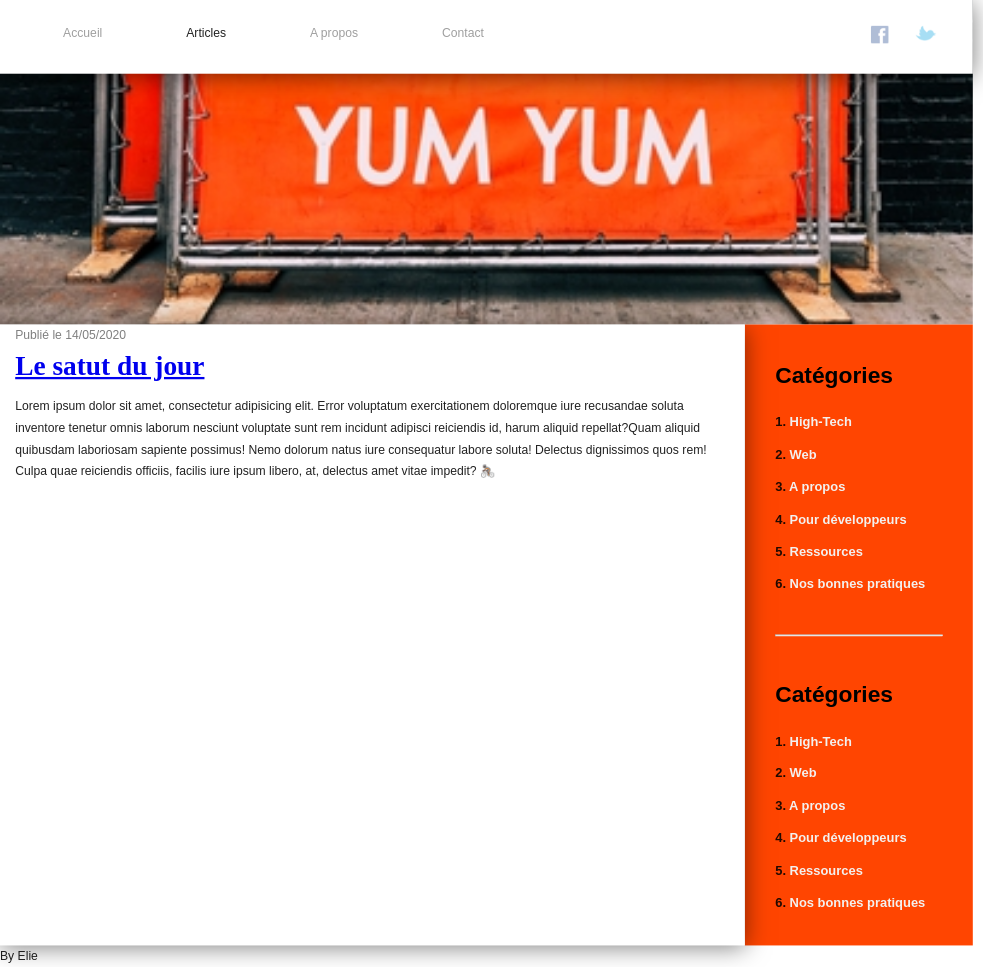
Repository: Elie-Dey/blog-train
Page: article.html
The author's editor kept a copy of each file at every save. The page is drawn from the files as they stood at one save, then again after the next save.
The browser window is 1280 px wide. The page is 1280 px wide, then 1293 px, so the pictures cover 1293 px, including what lies to the right of the window. The pictures show the whole page, at 76% of full size.

Above is the page before, as saved 2020-06-17 23:30:40.

### article.html
<!DOCTYPE html>
<html lang="en">
<head>
    <meta charset="UTF-8">
    <meta name="viewport" content="width=device-width, initial-scale=1.0">
    <link rel="stylesheet" href="style.css">
    <title>Mon blog</title>
</head>
<body>
    <header class="topbar">
        <nav>
            <a href="index.html">Accueil</a>
            <a href="articles.html" class="active"> Articles</a>
            <a href="about.html">A propos</a>
            <a href="apropos.html">Contact</a>
        </nav>
        <div class="social">
            <a href="#"> <img src="images/fb.png" alt="Facebook"></a>
            <a href="#"> <img src="images/twitter.png" alt="Twitter"></a>
        </div>
    </header>
    <div class="banniere"></div>
   <div class="body">
    <main class="main">
        <div class="container">

              <div class="article-date">Publié le 14/05/2020</div>
              <h2 class="article-title">  <a href="#">    Le satut du jour</a>  </h2>
              <p>
                  Lorem ipsum dolor sit amet, consectetur adipisicing elit. Error voluptatum exercitationem doloremque iure recusandae soluta inventore tenetur omnis laborum nesciunt voluptate sunt rem incidunt adipisci reiciendis id, harum aliquid repellat?Quam aliquid quibusdam laboriosam sapiente possimus! Nemo dolorum natus iure consequatur labore soluta!
                  Delectus dignissimos quos rem! Culpa quae reiciendis officiis, facilis iure ipsum libero, at, delectus amet vitae impedit? &#128692;&#127999;
              </p>
          </article>


        </div>
     </main>

    <aside class="sidebar">
        <h4 class="sidebar-title">Catégories</h4>
        <ul>
            <li><a href="#">High-Tech</a></li>
            <li><a href="#">Web</a></li>
            <li><a href="#">A propos</a></li>
            <li><a href="#">Pour développeurs </a></li>
            <li><a href="#">Ressources</a></li>
            <li><a href="#">Nos bonnes pratiques</a></li>
        </ul>
        <hr>
        <h4 class="sidebar-title">Catégories</h4>
        <ul>
            <li><a href="#">High-Tech</a></li>
            <li><a href="#">Web</a></li>
            <li><a href="#">A propos</a></li>
            <li><a href="#">Pour développeurs</a></li>
            <li><a href="#">Ressources</a></li>
            <li><a href="#">Nos bonnes pratiques</a></li>
        </ul>


    </aside>
</div>
    <footer class="footer">
        By Elie
    </footer>
</body>
</html>

### style.css
/*
* Prefixed by https://autoprefixer.github.io
* PostCSS: v7.0.29,
* Autoprefixer: v9.7.6
* Browsers: last 4 version,ie > 8
*/

*{
    -webkit-box-sizing: border-box;
            box-sizing: border-box;
}
body, html
{
    margin: 0;
    font-size: 16px;
    font-family: 'Montserrat Alternates', sans-serif;
    color: rgba(0, 0, 0, .87);
    line-height: 1.8;

}
.topbar{

    position: fixed;
    top: 0;
    right: 0;
    left: 0;
    width: 100%;
    background-color: white;
    padding: 30px ;
    z-index: 3;
    font-family: 'Montserrat Alternates', sans-serif;
    font-weight: 700;
    -webkit-box-shadow: 0 4px 30px rgba(0, 0, 0, .5);
            box-shadow: 0 4px 30px rgba(0, 0, 0, .5);

}
.topbar nav{
    float: left;

}
.topbar nav a {
    color: #9f9f9f;
    text-decoration: none;
    font-weight: 500;
    padding: 0 53px;
}

.topbar nav a:hover , .topbar nav a.active{
    color:  rgba(0, 0, 0, .87);
}

 .social {
    float: right;
}

.social a
{
    padding: 0 12px;
    opacity: .4;
}
.social a:hover
{
    opacity: 1;
}

.banniere {
    height: 427px;
    background: no-repeat center center / cover url("images/banniere.jpg");
}
.body
{
    display: -webkit-box;
    display: -ms-flexbox;
    display: flex;
}
.main
{

    width: calc(100% - 300px);
    background: white;
    -webkit-box-shadow: 0 4px 30px rgba(0, 0, 0, .5);
            box-shadow: 0 4px 30px rgba(0, 0, 0, .5);
    position: relative;
    z-index: 2;


}
.sidebar
{

    background:rgb(255, 69, 1);
    width: 300px;
    padding: 40px;
    font-size: 17px;
    font-weight: 700;
    position: relative;
    z-index: 1;
}
.sidebar ul
{
    counter-reset: sidebarlist;
}

.sidebar li::before
{
    counter-increment: sidebarlist;
    content: counter(sidebarlist) ". ";
}
.sidebar li::after
{
    content:
    &#128073;&#127999;
}
.sidebar-title
{
    font-size: 30px;
    color: black;
    margin: 20px 0;
}
.sidebar a
{
    text-decoration: none;
    color: rgb(243, 241, 239);

}
.sidebar ul
{
    margin: 0;
    padding: 0;
    list-style: none;

}
.sidebar li
{
    padding: 6px 0;
}
.sidebar li:first-child
{
    padding-top: 0;
}

.sidebar li:last-child
{
    padding-bottom: 0;
}
.sidebar a:hover
{
    text-decoration: underline;
}

.sidebar hr
{
    border-color:none;
    background: white;
    height: 1px;
    margin: 50px 0;


}

.sidebar-title:first-child
{
    margin-top: 0;
}


.article
{
    position: relative;
    overflow: hidden;
    margin: 50px 0;
    padding-left: 225px;
    min-height: 225px;

}
.article p
{
    font-family: 'Montserrat Alternates', sans-serif;
    font-weight: 500;
}
.article p::first-letter
{
    font-size: 2em;
    font-weight: bold;
}
.container
{
    max-width: 940px;
    margin: 0 auto;
}
.article a
{
    color: inherit;
    text-decoration: none;
}
.article a:hover
{
    text-decoration: underline;
}
.article-img
{
    position: absolute;
    left: 0;
    top: 0;
    width: 200px;
    margin-right: 25px;
}
.article-title
 {
    font-size: 2.25rem;
    line-height: 1.2;
    font-family: "Cardo", serif;
    margin: 0 0 15px 0;
 }
.article-date
{
    font-weight: 300;
    color: rgba(0, 0, 0, .5);
    margin-bottom: 5px;
}
.article-img img
{
    width: 100%;
    height: auto;
}
.footer
{
    clear: both;
}

After the next save:
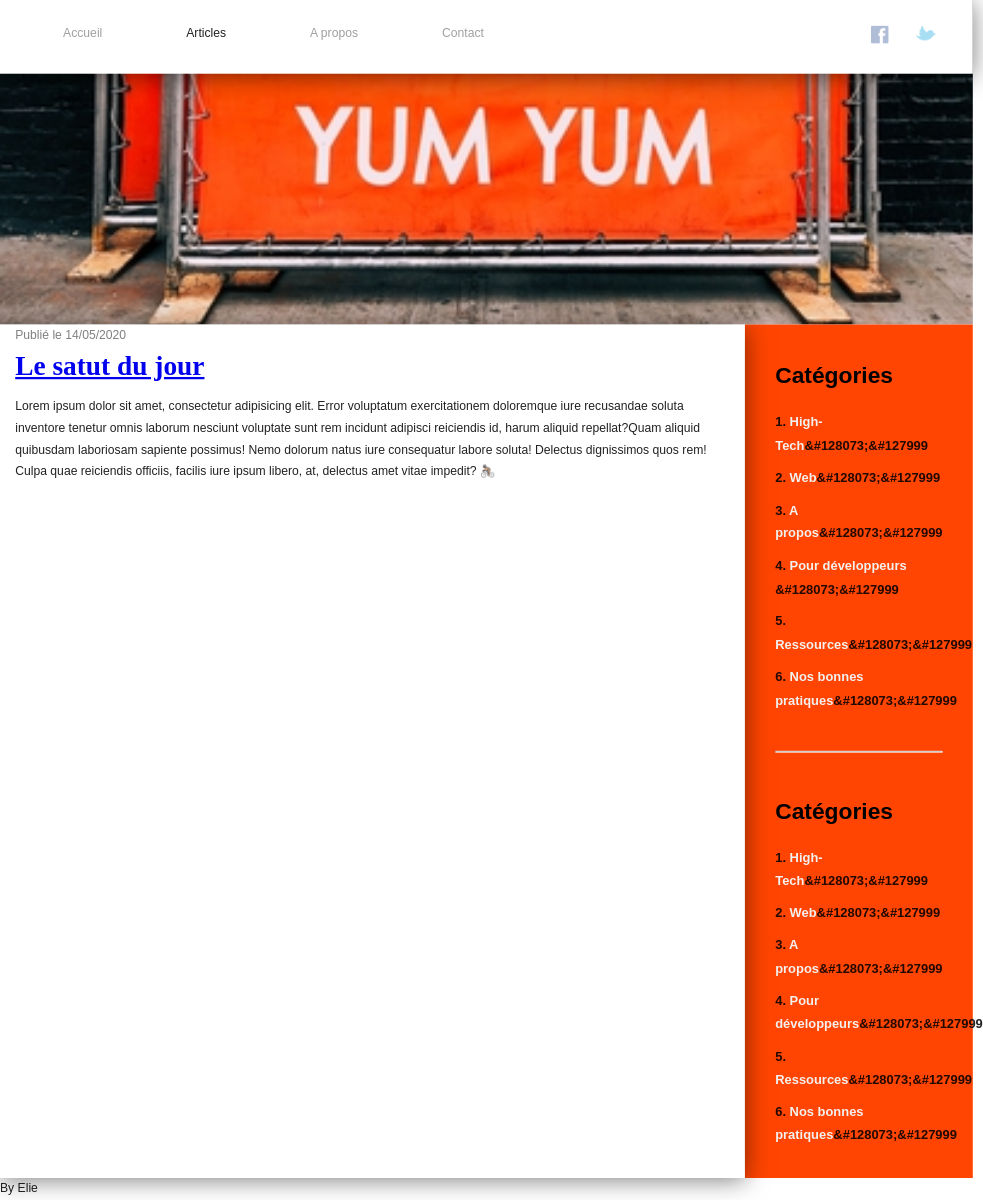
Saved 19 s later.
--- a/style.css
+++ b/style.css
@@ -109,7 +109,7 @@ body, html
 .sidebar li::after
 {
     content:
-    &#128073;&#127999;
+    '&#128073;&#127999';
 }
 .sidebar-title
 {
